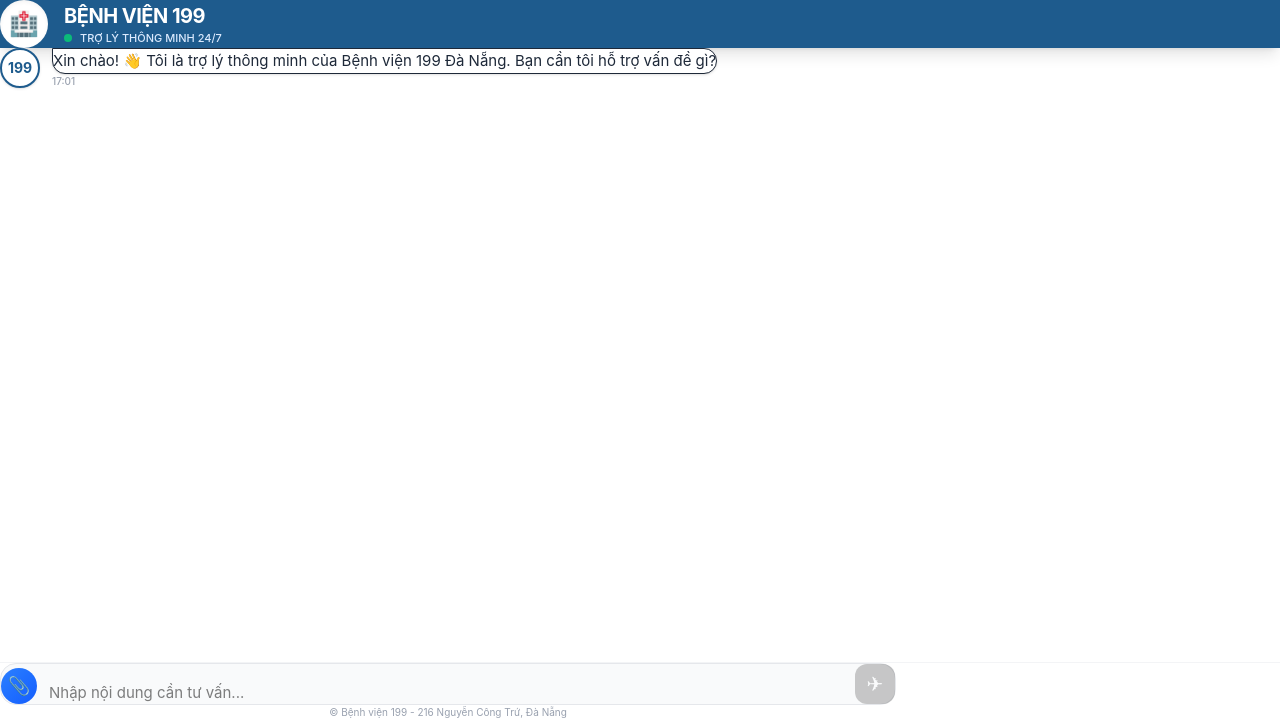
Repository: France2003/B-nh_Vi-n_199
Page: /
These files come from the project's save history. The page is drawn as it stood at one moment and after the next save; the edit follows.
The browser window is 1280 px wide. The pictures show the whole page.
The project was rebuilt for these pictures with package versions that can differ from the ones it lists, and the page was loaded fresh each time. Also part of the build but not shown: vite.config.ts, src/components/FilePreview.tsx.

Above is the page before, as saved 2026-01-10 12:16:13.

After the next save:
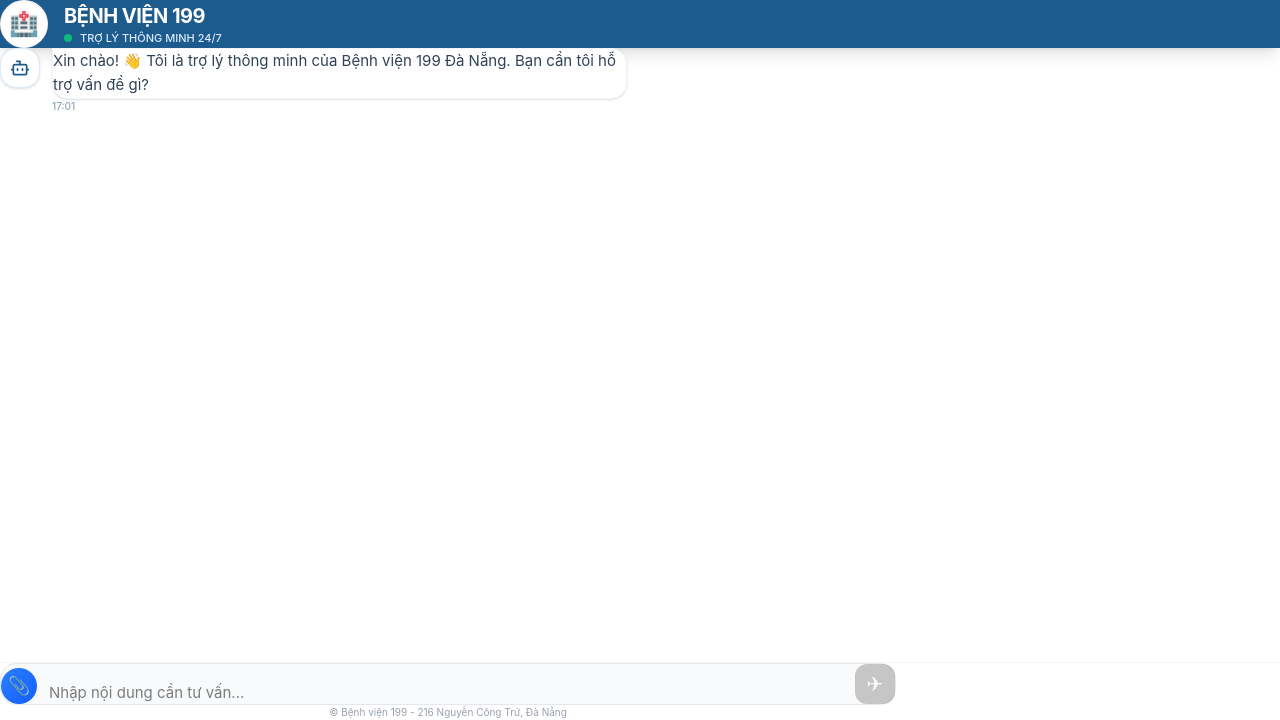
Saved 3 min 17 s later.
--- a/src/components/ChatMessage.tsx
+++ b/src/components/ChatMessage.tsx
@@ -1,42 +1,44 @@
 import React from 'react';
+import { User, Bot, FileText } from 'lucide-react';
 import type { Message } from '../types';
 
 export const ChatMessage: React.FC<{ message: Message }> = ({ message }) => {
   const isUser = message.type === 'user';
 
   return (
-    <div className={`flex w-full mb-6 ${isUser ? 'justify-end' : 'justify-start'}`}>
-      <div className={`flex gap-3 max-w-[85%] ${isUser ? 'flex-row-reverse' : 'flex-row'}`}>
+    <div className={`flex w-full mb-8 ${isUser ? 'justify-end' : 'justify-start'}`}>
+      <div className={`flex gap-3 max-w-[85%] md:max-w-[70%] ${isUser ? 'flex-row-reverse' : 'flex-row'}`}>
+
         {/* AVATAR */}
-        <div className={`w-10 h-10 shrink-0 rounded-full flex items-center justify-center shadow-sm text-sm font-bold
-            ${isUser ? 'bg-[#1e5b8d] text-white' : 'bg-white border-2 border-[#1e5b8d] text-[#1e5b8d]'}`}>
-          {isUser ? 'Bạn' : '199'}
+        <div className={`w-10 h-10 shrink-0 rounded-2xl flex items-center justify-center shadow-sm
+          ${isUser ? 'bg-[#1e5b8d] text-white' : 'bg-white border border-blue-100 text-[#1e5b8d]'}`}>
+          {isUser ? <User size={20} /> : <Bot size={20} />}
         </div>
 
-        {/* CONTENT AREA */}
+        {/* BUBBLE CONTENT */}
         <div className={`flex flex-col ${isUser ? 'items-end' : 'items-start'}`}>
-          <div className={`px-4 py-3 rounded-2xl shadow-sm text-[15px] leading-relaxed break-words
-              ${isUser
+          <div className={`px-5 py-3 rounded-2xl shadow-sm text-[15px] leading-relaxed break-words
+            ${isUser
               ? 'bg-[#1e5b8d] text-white rounded-tr-none'
-              : 'bg-white border text-gray-800 rounded-tl-none'}`}>
+              : 'bg-white text-slate-700 border border-slate-100 rounded-tl-none'}`}>
 
-            {message.content}
+            {message.content && <p>{message.content}</p>}
 
-            {/* HIỂN THỊ FILE TRONG TIN NHẮN ĐÃ GỬI */}
+            {/* HIỂN THỊ FILES ĐÃ GỬI */}
             {message.files && message.files.length > 0 && (
-              <div className="mt-3 space-y-2">
+              <div className={`mt-3 space-y-2 w-full ${message.content ? 'pt-3 border-t border-white/20' : ''}`}>
                 {message.files.map((file) => (
-                  <div key={file.id} className={`p-2 rounded-lg border ${isUser ? 'bg-white/10 border-white/20' : 'bg-gray-50'}`}>
+                  <div key={file.id} className={`p-2 rounded-xl border ${isUser ? 'bg-white/10 border-white/20' : 'bg-slate-50 border-slate-100'}`}>
                     {file.type === 'image' && file.preview ? (
-                      <img src={file.preview} alt="upload" className="max-w-full rounded-md max-h-60 object-contain" />
+                      <img src={file.preview} alt="upload" className="max-w-full rounded-lg max-h-60 object-contain mx-auto" />
                     ) : (
-                      <div className="flex items-center gap-2 text-xs">
-                        <span>📄</span>
-                        <span className="truncate w-40">{file.name}</span>
+                      <div className="flex items-center gap-2 text-sm p-1">
+                        <FileText size={18} className={isUser ? 'text-blue-100' : 'text-blue-600'} />
+                        <span className="truncate max-w-[150px]">{file.name}</span>
                       </div>
                     )}
                     {file.description && (
-                      <p className={`text-[12px] mt-1 italic ${isUser ? 'text-blue-100' : 'text-gray-500'}`}>
+                      <p className={`text-[12px] mt-2 italic px-1 ${isUser ? 'text-blue-100' : 'text-slate-500'}`}>
                         Mô tả: {file.description}
                       </p>
                     )}
@@ -46,7 +48,8 @@
             )}
           </div>
 
-          <span className="text-[10px] text-gray-400 mt-1 uppercase font-medium">
+          {/* TIMESTAMP */}
+          <span className="text-[10px] text-slate-400 mt-1.5 font-medium px-1">
             {message.timestamp.toLocaleTimeString('vi-VN', { hour: '2-digit', minute: '2-digit' })}
           </span>
         </div>
